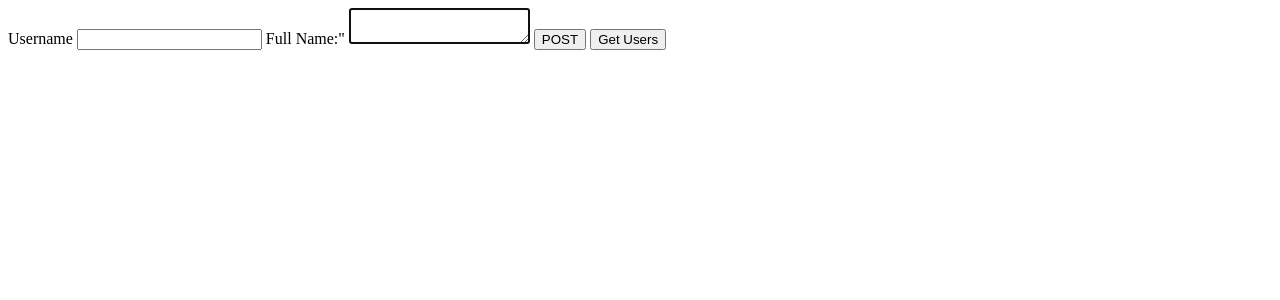
Repository: asbag/WebServicesRestful
Page: Restful3/index.html
The author's editor kept a copy of each file at every save. The page is drawn from the files as they stood at one save, then again after the next save.
The browser window is 1280 px wide. The pictures show the whole page.
Some web libraries are served in a nearby version.

Above is the page before, as saved 2015-08-04 14:49:50.

After the next save:
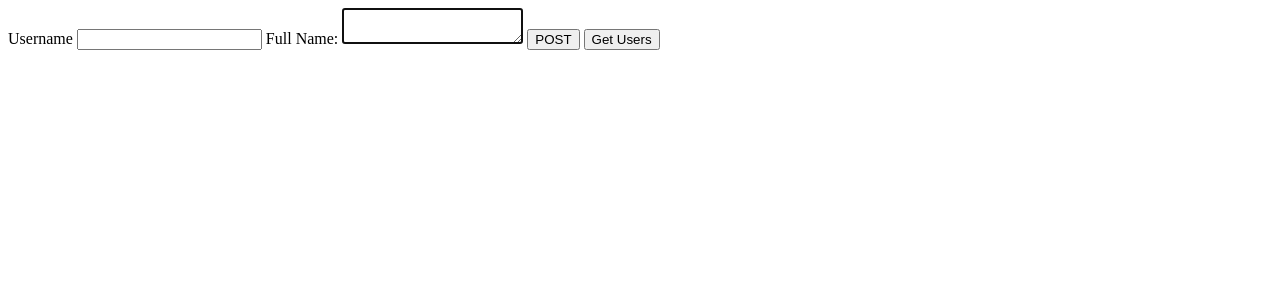
Saved 8 s later.
--- a/Restful3/index.html
+++ b/Restful3/index.html
@@ -97,7 +97,7 @@ $('body').on("click",'.stdelete',function()
 <input type="hidden" id="user_id">
 <label for="user_name">Username</label>
 <input type="text" name="user_name" id="user_name" value="">
-<label for="update">Full Name:</label>"
+<label for="update">Full Name:</label>
 <textarea id="update" class="stupdatebox"></textarea>
 
 <input type="submit" value="POST" class="stpostbutton">
